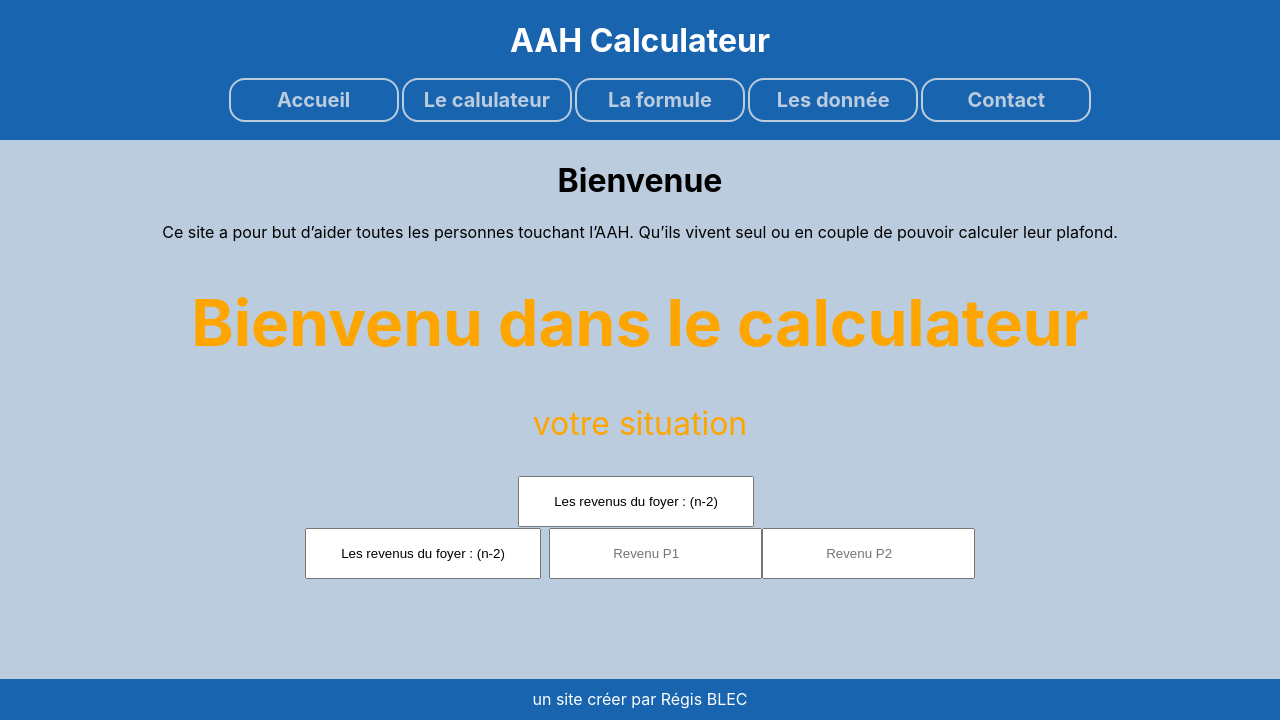
Repository: Cide74/calculateur-aah
Page: /
An editor plug-in stored every save of this project. The page is shown before and after the next save, followed by the edit.
The browser window is 1280 px wide. The pictures show the whole page.
The project was rebuilt for these pictures with package versions that can differ from the ones it lists, and the page was loaded fresh each time.

Above is the page before, as saved 2021-04-05 17:36:43.

### public/index.html
<!DOCTYPE html>
<html lang="fr">
  <head>
    <meta charset="utf-8" />
    <link rel="icon" href="%PUBLIC_URL%/logoAAH.ico" />
    <meta name="viewport" content="width=device-width, initial-scale=1" />
    <meta name="theme-color" content="#000000" />
    <meta
      name="description"
      content="Web site created using create-react-app"
    />
    <link rel="apple-touch-icon" href="%PUBLIC_URL%/logoAAH.jpg" />
    <!--
      manifest.json provides metadata used when your web app is installed on a
      user's mobile device or desktop. See https://developers.google.com/web/fundamentals/web-app-manifest/
    -->
    <link rel="manifest" href="%PUBLIC_URL%/manifest.json" />
    <!--
      Notice the use of %PUBLIC_URL% in the tags above.
      It will be replaced with the URL of the `public` folder during the build.
      Only files inside the `public` folder can be referenced from the HTML.

      Unlike "/favicon.ico" or "favicon.ico", "%PUBLIC_URL%/favicon.ico" will
      work correctly both with client-side routing and a non-root public URL.
      Learn how to configure a non-root public URL by running `npm run build`.
    -->
    <title>React App</title>
  </head>
  <body>
    <noscript>You need to enable JavaScript to run this app.</noscript>
    <div id="root"></div>
    <!--
      This HTML file is a template.
      If you open it directly in the browser, you will see an empty page.

      You can add webfonts, meta tags, or analytics to this file.
      The build step will place the bundled scripts into the <body> tag.

      To begin the development, run `npm start` or `yarn start`.
      To create a production bundle, use `npm run build` or `yarn build`.
    -->
  </body>
</html>

### src/index.css
body {
  margin: 0;
  font-family: -apple-system, BlinkMacSystemFont, 'Segoe UI', 'Roboto', 'Oxygen',
    'Ubuntu', 'Cantarell', 'Fira Sans', 'Droid Sans', 'Helvetica Neue',
    sans-serif;
  -webkit-font-smoothing: antialiased;
  -moz-osx-font-smoothing: grayscale;







  background-color:#BBCCDE;
  background-color:#1864AF;
}

code {
  font-family: source-code-pro, Menlo, Monaco, Consolas, 'Courier New',
    monospace;
}

### src/App.js
import Header from './components/Header/Header';
import Menu from './components/Menu/Menu';
import Main from './components/Main/Main';
import Footer from './components/Footer/Footer';

import './App.scss';

function App() {
  return (
    <div className="App">
      <Header />
      <Menu />
      <Main />
      <Footer />
    </div>
  );
}

export default App;

### src/components/Header/Header.js
//import Menu from '../Menu/Menu';
import './Header.scss';

export default function Header() {
  return (
    <div className="header">
      <h1 className="header-title">AAH Calculateur</h1>

    </div>
  );
}

### src/components/Menu/Menu.js

import './Menu.scss';

export default function Menu() {
  return (
		<nav className="menu">
			<ul className="menu__list">
				<li className="menu__item menu__item--current">
          <a className="menu__link">Accueil</a></li>
				<li className="menu__item">
          <a className="menu__link">Le calulateur</a></li>
				<li className="menu__item">
          <a className="menu__link">La formule</a></li>
				<li className="menu__item">
          <a className="menu__link">Les donnée</a></li>
				<li className="menu__item">
          <a className="menu__link">Contact</a></li>
			</ul>
		</nav>
  );
}

### src/components/Main/Main.js
import Home from '../Home/Home';
import Calculator from '../Calculator/Calculator';

import './Main.scss';

export default function Main() {
  return (
    <div className="Main">
      < Home />
      < Calculator />

    </div>
  );
}

### src/components/Footer/Footer.js
import './Footer.scss';

export default function Footer() {
  return (
    <div className="Footer">
      <h1 className="Footer-title">un site créer par Régis BLEC</h1>
    </div>
  );
}

### src/App.scss
.App {

  text-align: center;
  background-color:#1864AF ;
  background-color:#BBCCDE;

  display: flex;
  flex-direction: column;
  min-height: 100vh;

  h1 {
   // color:white;
  }
}

### src/components/Header/Header.scss
.header {
    background-color:#1864AF;
    &-title {
        color: white;
        font-size: 2em;
        background-color:#1864AF;
        margin-bottom: 0rem ;
    }
}

### src/components/Menu/Menu.scss
.menu {
    color:#BBCCDE;
    background-color:#1864AF;
    &__list {
        display:inline-flex;
    }
    &__item {
        max-width: auto;
        margin:0.1rem;
        padding: 0.5rem;
        list-style:none;
        font-size: 1.25em;
        font-weight: bolder;
        border-radius: 1rem ;
        border:2px solid #BBCCDE;
        min-width: 150px;
    }
    &__item:hover {
            color :#1864AF;
            border-radius: 3rem ;
            background-color:#BBCCDE;
        }
}

### src/components/Home/Home.js


import './Home.scss';

export default function Home() {
  return (
    <div className='Home'>
      <h1>Bienvenue</h1>
      <p>Ce site a pour but d’aider toutes les personnes touchant l’AAH. Qu’ils vivent seul ou en couple de pouvoir calculer leur plafond. </p>

    </div>
  );
}

### src/components/Calculator/Calculator.js
import React from 'react';


import './Calculator.scss';

export default function Calculator() {






  return (
    <div className='calculateur'>
      <h1>Bienvenu dans le calculateur</h1>
        <form>
          <p>votre situation</p>
          <div className='situation'>
            <input
              type='text'
              className='field-input-revenu-text'
              onChange= ''
              value="Les revenus du foyer : (n-2)"
              name='revenu-text'
            />



          </div>
        </form>


      <form className='form'>
        <div className="field-revenu">
          <input
            type='text'
            className='field-input-revenu-text'
            onChange= ''
            value="Les revenus du foyer : (n-2)"
            name='revenu-text'
          />
          <input
            type='number'
            className='field-input-revenu'
            onChange= ''
            value=""
            //onChange={handleChange}
            placeholder='Revenu P1 '
            name='revenu1'
          />
          <input
            type='number'
            className='field-input-revenu'
            onChange= ''
            value=""
            //onChange={handleChange}
            placeholder='Revenu P2 '
            name='revenu1'
          />
        </div>
      </form>
    </div>
  );
}

### src/components/Main/Main.scss
.Main {
    background-color: #BBCCDE;
    flex: 1;


    p {
    overflow: auto;
    }

}

### src/components/Footer/Footer.scss
.Footer {

    text-align: center;
    background-color:#1864AF;

    position: relative;
    width: 100%;

    &-title {
        text-align: center;
        text-overflow: clip;
        color:white;
        font-weight: normal;
        font-size: 1em;
    }

}

### src/components/Calculator/Calculator.scss
.calculateur {
    color:orange;
    font-size: 2em;

    .field-input-revenu {
        color:red;
        text-align: center;
        width: max-content;
        padding: 1rem;

        &-text {
            text-align: center;
            width: 200px;
            margin-right: 0.5rem;
            padding: 1rem;
        }}
}

Loaded but not shown: src/index.js (common file); src/reportWebVitals.js (common file); src/components/Home/Home.scss (no stored copy; drawn as an empty file)

After the next save:
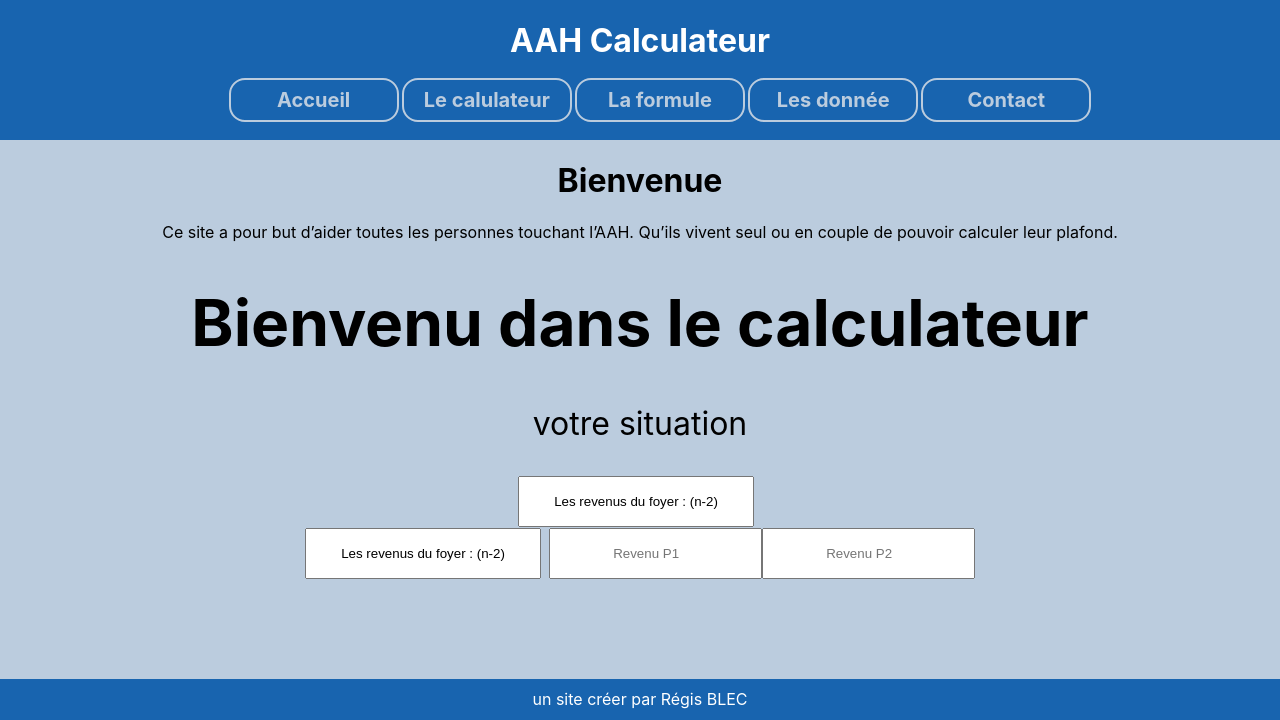
Saved 4 min 42 s later.
--- a/src/components/Calculator/Calculator.scss
+++ b/src/components/Calculator/Calculator.scss
@@ -1,5 +1,5 @@
 .calculateur {
-    color:orange;
+   // color:orange;
     font-size: 2em;
 
     .field-input-revenu {
